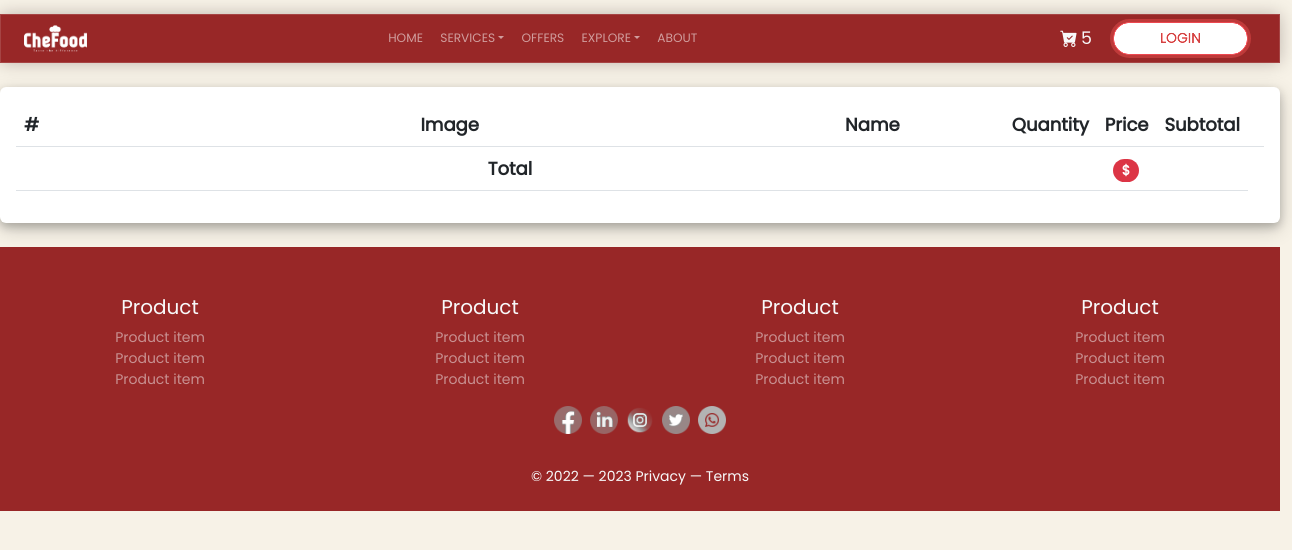
Repository: qamchamine/chefood
Page: /cart (app in front-end/)
The author's editor kept a copy of each file at every save. The page is drawn from the files as they stood at one save, then again after the next save.
The browser window is 1280 px wide. The page is 1292 px wide, so the pictures cover 1292 px, including what lies to the right of the window. The pictures show the whole page.
The page's requests for data from a server got no answer. The project was rebuilt for these pictures with package versions that can differ from the ones it lists, and the page was loaded fresh each time. Some packages were replaced by stand-ins written for this rebuild. No one was signed in, and anything a server would have sent is missing. Also part of the build but not shown: front-end/src/css/products.css, front-end/src/components/small_components/ProductCard.jsx, front-end/src/components/small_components/AddProduct.jsx, front-end/src/components/pages/sub-pages/Products.jsx, front-end/src/components/small_components/ButtonMain.jsx, front-end/src/components/small_components/HomeCard.jsx, front-end/src/components/small_components/HomeCardFullSection.jsx, front-end/src/components/pages/Home.jsx and 34 more. Imported but missing from the stored project, and not drawn on this page: front-end/src/sounds/applause.mp3, front-end/src/sounds/wheel.mp3.

Above is the page before, as saved 2023-06-25 01:06:14.

### front-end/public/index.html
<!DOCTYPE html>
<html lang="en">
  <head>
    <meta charset="utf-8" />
    <link rel="icon" href="%PUBLIC_URL%/favicon.ico" />
    <meta name="viewport" content="width=device-width, initial-scale=1" />
    <meta name="theme-color" content="#000000" />
    <meta
      name="description"
      content="Web site created using create-react-app"
    />
    <link
    rel="stylesheet"
    href="https://fonts.googleapis.com/css?family=Roboto:400,700"
  />
  <link rel="stylesheet" href="https://cdn.jsdelivr.net/npm/bootstrap-icons@1.10.5/font/bootstrap-icons.css">

    <link rel="apple-touch-icon" href="%PUBLIC_URL%/logo192.png" />
    <link rel="manifest" href="%PUBLIC_URL%/manifest.json" />

    <link rel="stylesheet" href="https://fonts.googleapis.com/icon?family=Material+Icons">

    <link rel="stylesheet" href="https://maxcdn.bootstrapcdn.com/font-awesome/4.7.0/css/font-awesome.min.css">
    <script src="https://code.jquery.com/jquery-3.5.1.min.js"></script>
    <script src="https://cdn.jsdelivr.net/npm/popper.js@1.16.0/dist/umd/popper.min.js"></script>




    <title>React App</title>
  </head>
  <body>

    <div id="root"></div>
<!--     <script src="jquery/jquery-3.6.0.js"></script>  -->
    <script src="https://unpkg.com/sweetalert/dist/sweetalert.min.js"></script>

  </body>
</html>

### front-end/src/config/ShoppingContext.jsx

  import React, { createContext, useState, useEffect } from 'react';
  import Swal from 'sweetalert2'
  import axios from 'axios';

   const ShoppingContext = createContext();

const ShoppingProvider = ({ children }) => {
/*     const [orders,setOrders] = useState([])
     */

/*       function removeFromCart(item){
        setCartItems(cartItems.filter(product => product.id !== item.id));
        Swal.fire({
          position: 'top-end',
          icon: 'success',
          title: 'Your item has been removed',
          showConfirmButton: false,
          timer: 1500
        });
      } */

      return (
    <ShoppingContext.Provider value={
        { /* orders,setOrders */
          /* products,  cartItems, removeFromCart */
        }
      }>      {children}
    </ShoppingContext.Provider>
  );
};
export { ShoppingContext, ShoppingProvider }

### front-end/src/components/small_components/shopping/Cart.jsx
import React,{useContext} from 'react';
import { ShoppingContext } from '../../../config/ShoppingContext';
import { LoginContext } from '../../../config/LoginContext';
import { getProd } from '../../pages/sub-pages/Products';
export default function Cart() {
    const {orders, setOrders} = useContext(LoginContext);
    const {userData, setUserData} = useContext(LoginContext);
    /* const user_Orders = orders.filter(el=>el.user_id === userData.id) */
    const {prod, setProd} = useContext(LoginContext)
    const {loading, setLoading} = useContext(LoginContext)

/*     getProd() */
return (
    <div className="row my-4">
            <div className="col-md-12">
                <div className="card">
                    <div className="card-body">
                        <table className="table">
                            <thead>
                                <tr>
                                    <th scope="col">#</th>
                                    <th scope="col">Image</th>
                                    <th scope="col">Name</th>
                                    <th scope="col">Quantity</th>
                                    <th scope="col">Price</th>
                                    <th scope="col">Subtotal</th>
                                    <th scope="col"></th>
                                </tr>
                            </thead>
                            <tbody>
                            {
                                orders.map((item,i) => (
                                    <tr key={item.id}>
{                                        console.log(prod.find(el=>el.id===item.product_id))
}                                        <th scope="row">{item.id}</th>
                                        <td>
                                            <img src={require(`../../../images/products/${prod.find(el=>el.id===item.product_id).category} (${prod.find(el=>el.id===item.product_id).img}).png`)} alt={item.product_name}
                                                className="img-fluid rounded"
                                                width={60} height={60} />
                                        </td>
                                        <td>{item.product_id}</td>
                                        <td>
                                           {/*  <i
                                                className="bi bi-caret-up"
                                                style={{cursor: 'pointer'}}
                                                onClick={() => incrementQ(item)}
                                            ></i> */}
                                            <span className="mx-2">
                                                {item.product_quantity}
                                            </span>
                                           {/*  <i
                                                className="bi bi-caret-down"
                                                style={{cursor: 'pointer'}}
                                                onClick={() => decrementQ(item)}
                                            ></i> */}
                                        </td>
                                        <td>55</td>

                                        <td>
                                            <i
                                                className="bi bi-cart-x text-danger"
                                                style={{cursor: 'pointer'}}
                                          /*       onClick={() => removeFromCart(item)} */
                                            ></i>
                                        </td>
                                    </tr>
                                ))
                            }
                            <tr>
                                <th colSpan={3} className="text-center">
                                    Total
                                </th>
                                <th colSpan={3} className="text-center">
                                    <span className="badge bg-danger rounded-pill">
                                        $
                                      {/*   {
                                            cartItems.reduce((acc,item) => acc += item.price * item.quantity,0)
                                        } */}
                                    </span>
                                </th>
                            </tr>
                            </tbody>
                        </table>
                    </div>
                </div>
            </div>
        </div>
    )
}

### front-end/src/css/home.css
.homeBG {
    height: fit-content;
    position: relative;
    right: -10%;
    top: 34%;
    z-index: -1;
    width: 100em !important;


}
@font-face {
    font-family: 'poppin';
    src: url('../fonts/Poppins/Poppins-Regular.ttf') ;
    font-weight: normal;
    font-style: normal;
  }
body {
    font-family:'poppin', sans-serif !important;
    background-color: #F7F2E7 !important;
    max-width: 100vw;
    font-weight: normal !important;
    overflow-x: hidden;
    font-size: 14px !important;
}

body::-webkit-scrollbar {
    width: 0;
}

.nb {
/*     position: fixed; */
/*     top: 1em; */
    background-color: #982727 !important;
    box-shadow: 0 0px 20px #1f020241;
    border: 1px solid #ffffff22;
}

.navbar {
    background-color: #982727 !important;
}

.changeColor {
    background-color: blue !important;
}

.signUP {
    background: white !important;
    color: #982727 !important;
    font-weight: bold !important;
    outline: 5px solid #982727ab;
    outline-offset: -2px;
    transition: 500ms ease;


}

.homeContent {
    height: 90vh;
    z-index: 0;
    margin-top: -1.5em !important;
}

.homeContent h1 {
    color: #F7F2E7;
    text-align: start;
width: 40vw !important;
}

.homeContent h1 span {
    position: relative;
    display: inline-block;
    margin-bottom: 10px;
    padding: 4px 20px 8px;
    transition: 1s ease;
}

.homeContent h1 span::before {
    content: '';
    position: absolute;
    background: #982727;
    left: 0;
    top: 0;
    z-index: -1;
    width: 100%;
    height: 100%;
    transform: skew(-10deg);
}

.homeContent h1 span:last-child::before {
    transform: skew(10deg);
}

.homeContent p {
    width: 72%;
    color: #982727;
    text-align: left;
}

.homeContent .homeMainButtons {
    width: 72%;
}

.cardBtn {
    transition: 1s ease;
}

.cardBtn:hover {
    filter: brightness(130%);

}

.cardBtn i {
    left: 63%;
    transition: 300ms ease;
}

.cardBtn:hover i {
    left: 75%;
}

.btnMain:hover {
    filter: brightness(130%);
}

.card-img-top {
    object-fit: cover;
}

.signUP:hover {

    background: #982727 !important;
    color: white !important;
    font-weight: bold !important;
    outline: 5px solid #ffffff55;
    outline-offset: -4px;
}

.cardsGroup:not(:first-child) {
    translate: 50% 0;
}

.arrow-1-1 {
    position: absolute;
    top: 50%;
    left: 0;
}

.home .carousel-control-prev-icon,
.home .carousel-control-next-icon {

    width: 1.3em;
    height: 1.3em;
    color:black !important;

    outline: 12px solid #982929;
    outline-offset: -1px;
    background-color: #982929;
    background-size: 100%, 100%;
    border-radius: 50%;
    box-shadow: 0 0 10px black;
}

.home .carousel-control-prev,
.home .carousel-control-next {
    z-index: 10;
    width: 4em !important;
/*     background: red; */

}

/* .py-4 {
    padding-top: 0rem !important;
    padding-bottom: 0rem !important;
} */

.nb{
    zoom:87%;
}

### front-end/src/css/Reviews.css
.Reviews-color
{
  color : #982727;
  text-transform: uppercase;
  letter-spacing: 0.5em;
}
.Reviews-paragraph
{
  font-size: 0.8em;
}
.parent-card{
    margin-top:50px !important;
}
.card
{
    border: none !important;
    box-shadow: 0 4px 8px 0 rgba(0, 0, 0, 0.2), 0 6px 20px 0 rgba(0, 0, 0, 0.19);
}
.user-name
{
    color : #000D7E;
}
.description
{
    color: #982727;
    font-size: 0.75em;
}
.comment{
    margin:5px;
    font-size:0.55em;
}
.reviewCardImage{
    margin-top:16px;
}
.reviewCard:hover .reviewCardImage{
    scale:1.2;
    margin-inline:.3em;
}
.reviewCard:hover .reviewCardImage{
    transition:300ms ease;
}
.reviewCard:hover .hoverstar{
    scale:1.2;
    margin-inline:.3em;
}
.reviewCard .hoverstar{
    transition:300ms ease;
}
.reviewCardImage{
    width:40%;
    transition:300ms ease;
}

.reviewCard strong{
    left:50%;
    translate:-50% 0;
    width:100%;
    bottom:.9em;
}

.the-bottom-page{
    margin-top:25px;
    position: absolute;
    left: auto;
    right: 0;
}

@media (max-width: 1200px) { /* Extra large devices (large desktops, 1200px and up) */
    .card {
      width: 100%;
    }
    .col-4 {
      width: 33.33333333%;
    }
    strong img{
        width: 19px;
    }
  }
  @media (max-width: 1118px) { /* Large devices (desktops, 992px and up) */
    .card {
      width: 100%;
    }
    .col-4 {
        width: 33.33333333%;
    }
    strong img{
        width: 16px;
    }
  }
  @media (max-width: 992px) { /* Medium devices (tablets, 768px and up) */
    .card {
        width: 140%;
    }
  }
  @media (max-width: 770px) { /* Medium devices (tablets, 768px and up) */
    .card {
        width: 95%;
    }
    .col-4 {
        width: 25% !important;
    }
    .parent-card
    {
        --bs-gutter-x: 0.5rem;
        display: grid !important;
        grid-template-columns: repeat(2, 1fr);
    }
    .col-4 {
        margin-top:10px !important;
        width: 60% !important;
    }
  }
  @media (max-width: 716px) { /* Small devices (landscape phones, 576px and up) */

    .card {
        width: 95%;
    }
        strong img{
        width: 16px;
    }
  }
  @media only screen and (max-width: 576px){ /* Small devices (landscape phones, 576px and up) */

    .card {
        width: 95%;
    }
    .col-md-2 {
        flex: 0 0 16.666667%;
        max-width: 16.666667%;
    }
    strong img{
        width: 16px;
    }
  }

  @media only screen and (max-width: 528px){ /* Small devices (landscape phones, 576px and up) */

    .card {
        width: 70%;
        margin-left:30px;
    }
    .parent-card
    {
        --bs-gutter-x: 0.5rem;
        display: grid !important;
        grid-template-columns: repeat(1, 1fr);
    }
    .col-md-2 {
        flex: 0 0 16.666667%;
        max-width: 16.666667%;
    }
    strong img{
        width: 16px;
    }
  }

  @media only screen and (max-width: 365px){ /* Small devices (landscape phones, 576px and up) */

    .card {
        width: 80%;
        margin-left:20px;
    }
    .parent-card
    {
        --bs-gutter-x: 0.5rem;
        display: grid !important;
        grid-template-columns: repeat(1, 1fr);
    }
    .col-md-2 {
        flex: 0 0 16.666667%;
        max-width: 16.666667%;
    }
    strong img{
        width: 16px;
    }
  }

### front-end/src/css/location.css
@import url('https://fonts.googleapis.com/css2?family=Roboto:wght@100&display=swap');

.location-color
{
  color : #982727;
  text-transform: uppercase;
  letter-spacing: 0.3em;
}
.where-restorant
{
    width: 459px;
    margin:auto;
}
.restorant-location-title{
    font-family: 'Century Gothic';
    font-size:32px;
    font-weight:400;
}
.restorant-location-line{
    background:#B12222;
    height: 3px;
    width: 450px;
    display: inline-block;
    margin: 15px auto;
}
.restorant-location-p
{
    color:#000000 75%;
    font-size: 15px;
    font-weight: 400;
    font-family: 'Roboto', sans-serif;
}
.main-location{
    display: grid !important;
    grid-template-columns: repeat(2, 1fr);
    flex-direction: column;
    justify-content: center;
    align-items: center;
    text-align:center;
}
.restorant-location-btn{
    background-color: #B12222;
    border: none;
    width: 300px;
    height: 40px;
    border-radius: 15px;
    color: #fff;
}
.restorant-location-btn:hover{
    background-color: #fff;
    border: 2px solid #B12222;
    border-radius: 15px;
    color: #B12222;
}
.location-icon{
    margin-right: 15px;
}


  @media (max-width: 1123px) { /* Extra large devices (large desktops, 1200px and up) */
    .earth-image img{
        width: 450px;
    }
  }
  @media (max-width: 992px) { /* Medium devices (tablets, 768px and up) */
    .earth-image img{
        width: 400px;
    }
    .where-restorant {
        width: 400px;
        margin: auto;
    }
    .restorant-location-line{
        width: 350px;
        display: inline-block;
    }
  }
  @media (max-width: 868px) { /* Medium devices (tablets, 768px and up) */

    .earth-image img{
        width: 380px;
    }
    .where-restorant {
        width: 380px;
        margin: auto;
    }
    .restorant-location-line{
        width: 320px;
        display: inline-block;
    }
    .restorant-location-p{
        font-size: 13px;
    }
    .restorant-location-title{
        font-size:28px;
    }

  }
  @media (max-width: 783px) { /* Small devices (landscape phones, 576px and up) */
    .earth-image img{
        margin-top: 30px;
        width: 380px;
    }
    .where-restorant {
        width: 380px;
        margin: auto;
    }
    .restorant-location-line{
        width: 320px;
        display: inline-block;
    }
    .restorant-location-p{
        font-size: 15px;
    }
    .restorant-location-title{
        font-size:32px;
    }
    .main-location{
        display: grid !important;
        grid-template-columns: repeat(1, 1fr);
        justify-items: center;
        text-align:center;
    }
  }
  @media(max-width: 401px){ /* Small devices (landscape phones, 576px and up) */
    .earth-image img{
        width: 330px;
        margin-top: 30px;
    }
    .where-restorant {
        width: 330px;
        margin: auto;
    }
    .restorant-location-line{
        width: 320px;
        display: inline-block;
    }
    .restorant-location-p{
        font-size: 13px;
    }
    .restorant-location-title{
        font-size:28px;
    }
    .main-location{
        display: grid !important;
        grid-template-columns: repeat(1, 1fr);
        justify-items: center;
        text-align:center;
    }
  }

### front-end/src/css/Timer.css

@import url(https://fonts.googleapis.com/css?family=Titillium+Web:400,200,200italic,300,300italic,900,700italic,700,600italic,600,400italic);

/* .timer {
  font-family: 'Titillium Web', cursive;
  width: 800px;
  margin: 0 auto;
  text-align: center;
  color: white;
  background: #222;
  font-weight: 100;
} */

.timer {
  display: inline-flex;
  line-height: 1;
  padding: 20px;
  font-size: 40px;
  font-family: 'Times New Roman', cursive;


}
.timerD{
    border-radius: 2px;
    padding: 5px;
    font-size: 10px;
    border: 70px rgb(131, 55, 55);
    box-shadow:2px 2px 4px rgba(0, 0, 0, 0.4), 4px 4px 8px rgba(0, 0, 0, 0.2);
}

.Stime {
  display: block;
  font-size: 20px;
  color: rgb(206, 178, 19);

}

#days {
  font-size: 80px;
  color: rgb(92, 25, 5);
  background-color:rgb(230, 230, 234);

  margin: 15px;
}
#hours {
  font-size: 80px;
  color: rgb(92, 25, 5);
  background-color:rgb(230, 230, 234);
  margin: 15px;
}
#minutes {
  font-size: 80px;

  color: rgb(92, 25, 5);
  background-color:rgb(230, 230, 234);
  margin: 15px;
}
#seconds {
  font-size: 80px;
  color: rgb(92, 25, 5);
  background-color:rgb(230, 230, 234);
  margin: 15px;
}

Loaded but not shown: front-end/src/index.css (common file); front-end/src/config/LoginContext.js (83 lines, source omitted); front-end/src/App.js (42 lines, source omitted); front-end/src/index.js (24 lines, source omitted); front-end/src/css/reservation.css (400 lines, source omitted); front-end/src/components/Navbar.jsx (169 lines, source omitted); front-end/src/css/nav-footer.css (260 lines, source omitted); front-end/src/css/contactus.css (178 lines, source omitted); front-end/src/components/Footer.jsx (57 lines, source omitted)

After the next save:
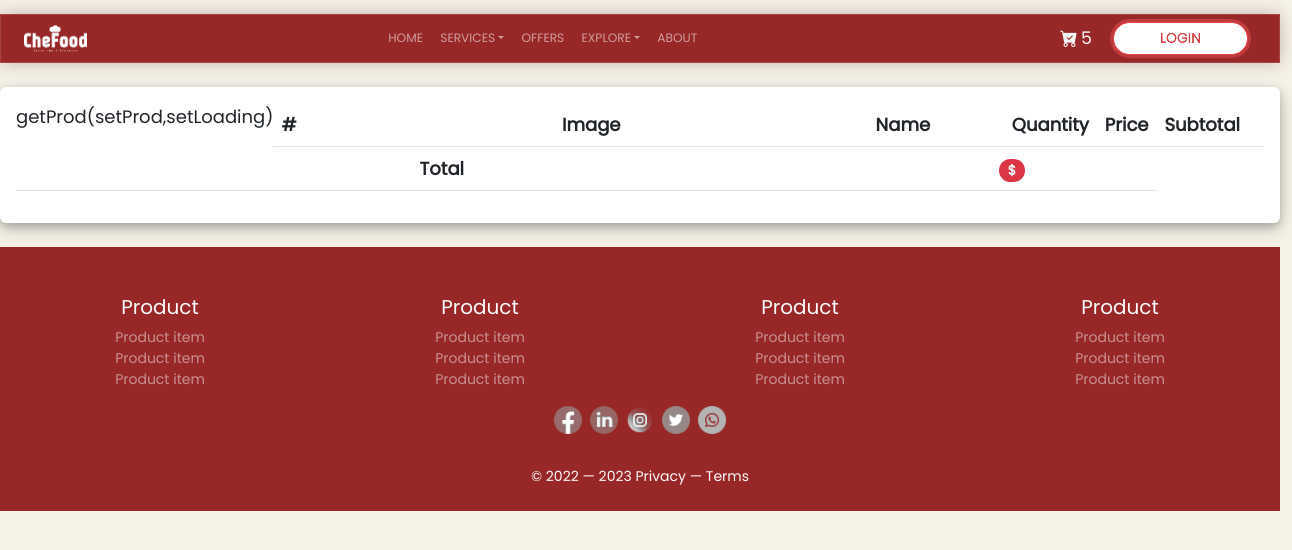
Saved 5 s later.
--- a/front-end/src/components/small_components/shopping/Cart.jsx
+++ b/front-end/src/components/small_components/shopping/Cart.jsx
@@ -8,7 +8,7 @@
     /* const user_Orders = orders.filter(el=>el.user_id === userData.id) */
     const {prod, setProd} = useContext(LoginContext)
     const {loading, setLoading} = useContext(LoginContext)
-
+    getProd(setProd,setLoading)
 /*     getProd() */
 return (
     <div className="row my-4">
@@ -18,7 +18,7 @@
                         <table className="table">
                             <thead>
                                 <tr>
-                                    <th scope="col">#</th>
+                              getProd(setProd,setLoading)       <th scope="col">#</th>
                                     <th scope="col">Image</th>
                                     <th scope="col">Name</th>
                                     <th scope="col">Quantity</th>

After the 6 saves that followed:
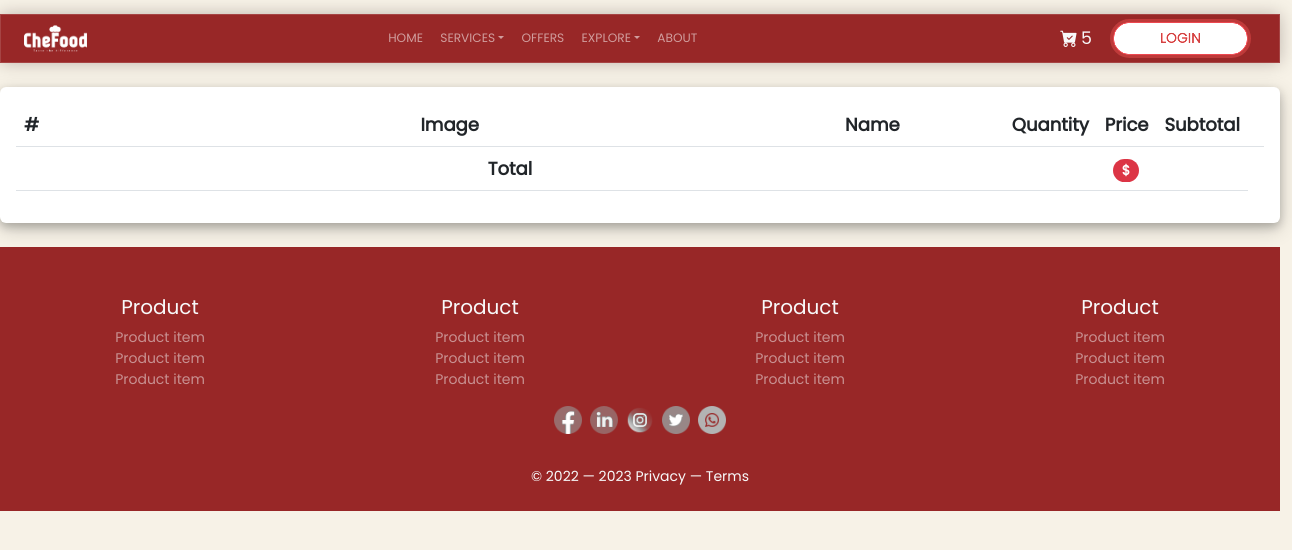
The 6 saves are shown as one change because 3 left the picture as it was and some came seconds apart.
The last was saved 84 s later.
--- a/front-end/src/components/small_components/shopping/Cart.jsx
+++ b/front-end/src/components/small_components/shopping/Cart.jsx
@@ -9,7 +9,7 @@
     const {prod, setProd} = useContext(LoginContext)
     const {loading, setLoading} = useContext(LoginContext)
     getProd(setProd,setLoading)
-/*     getProd() */
+
 return (
     <div className="row my-4">
             <div className="col-md-12">
@@ -18,7 +18,7 @@
                         <table className="table">
                             <thead>
                                 <tr>
-                              getProd(setProd,setLoading)       <th scope="col">#</th>
+                                     <th scope="col">#</th>
                                     <th scope="col">Image</th>
                                     <th scope="col">Name</th>
                                     <th scope="col">Quantity</th>
@@ -71,9 +71,7 @@
                                     Total
                                 </th>
                                 <th colSpan={3} className="text-center">
-                                    <span className="badge bg-danger rounded-pill">
-                                        $
-                                      {/*   {
+                                    <span className="badge bg-danger rounded-pill">${/*   {
                                             cartItems.reduce((acc,item) => acc += item.price * item.quantity,0)
                                         } */}
                                     </span>
